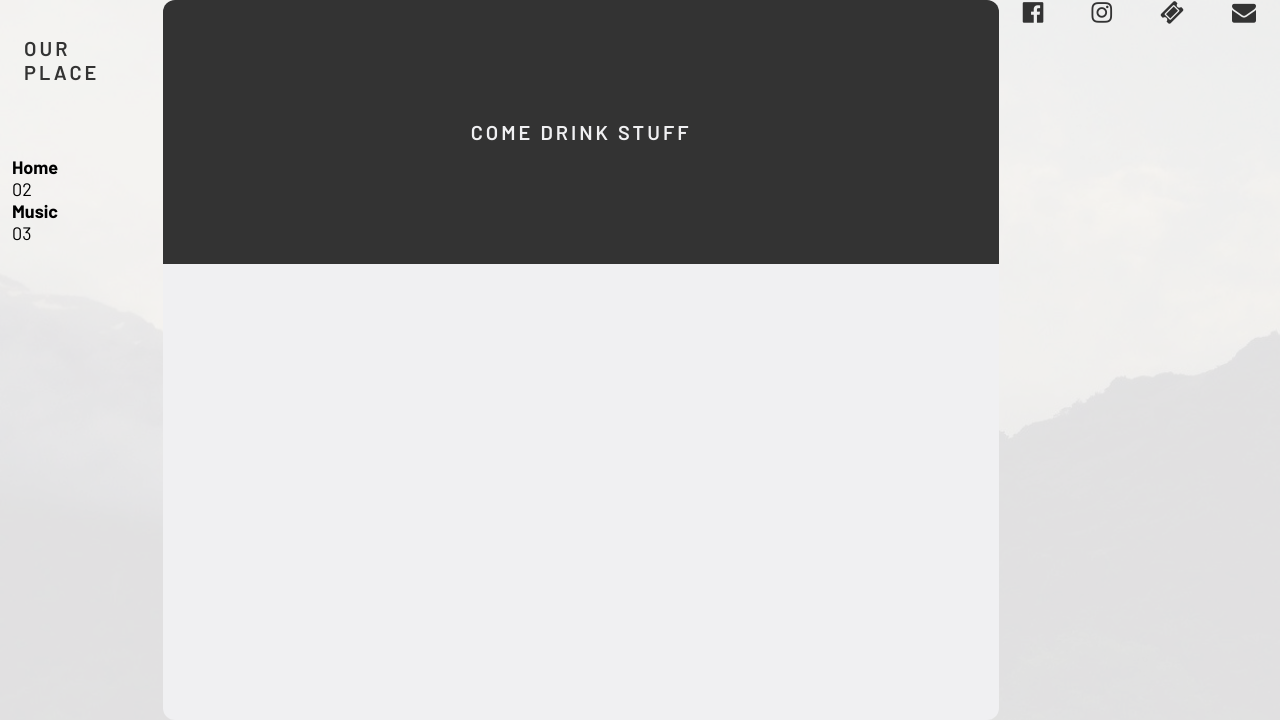
Repository: meghan-kradolfer/our-space-v1
Page: /
The author's editor kept a copy of each file at every save. The page is drawn from the files as they stood at one save, then again after the next save.
The browser window is 1280 px wide. The pictures show the whole page.
The project was rebuilt for these pictures with package versions that can differ from the ones it lists, and the page was loaded fresh each time. Also part of the build but not shown: src/containers/music/index.js.

Above is the page before, as saved 2017-11-17 19:55:04.

### public/index.html
<!doctype html>
<html lang="en">
<head>
    <meta charSet="utf-8" />
     <meta charset="utf-8">
    <meta name="viewport" content="width=device-width, initial-scale=1, shrink-to-fit=no">
    <meta name="theme-color" content="#000000">

    <title>Our Place</title>

    <link rel="apple-touch-icon" href="%PUBLIC_URL%/favicon.ico"/>
    <link rel="apple-touch-icon" sizes="76x76" href="%PUBLIC_URL%/favicon.ico"/>
    <link rel="apple-touch-icon" sizes="120x120" href="%PUBLIC_URL%/favicon.ico"/>
    <link rel="apple-touch-icon" sizes="152x152" href="%PUBLIC_URL%/favicon.ico"/>
    <link rel="apple-touch-icon" sizes="180x180" href="%PUBLIC_URL%/favicon.ico"/>
    <link rel="icon" sizes="192x192" href="%PUBLIC_URL%/favicon.ico"/>
    <link rel="shortcut icon" sizes="76x76" type="image/x-icon" href="%PUBLIC_URL%/favicon.ico"/>
    <link rel="mask-icon" href="%PUBLIC_URL%/favicon.ico" color="#000000"/>


    <meta name="description" content="Our Place"/>

    <meta property="og:site_name" content="Our Place"/>
    <meta property="og:title" content="Our Place"/>
    <meta property="og:description" content="Our Place"/>
    <meta property="og:type" content="website"/>
    <meta property="og:url" content="#"/>
    <meta property="og:image" content="#"/>
    <meta property="og:locale" content="en_NZ"/>

    <meta name="twitter:title" content="Our Place"/>
    <meta name="twitter:description" content="Our Place"/>
    <meta name="twitter:card" content="summary"/>
    <meta name="twitter:app:name:iphone" content="Our Place"/>
    <meta name="twitter:app:name:ipad" content="Our Place"/>
    <meta name="twitter:app:name:googleplay" content="Our Place"/>

    <link href="https://maxcdn.bootstrapcdn.com/font-awesome/4.7.0/css/font-awesome.min.css" rel="stylesheet" />

   <link href="https://fonts.googleapis.com/css?family=Crimson+Text:400,400i,600,600i,700" rel="stylesheet" />
   <link href="https://fonts.googleapis.com/css?family=Barlow:400,400i,600,600i,700" rel="stylesheet">

</head>
<body>
 <noscript>
      You need to enable JavaScript to run this app.
    </noscript>
<div id="root"></div>
</body>
</html>

### src/index.js
import React from "react";
import ReactDOM from "react-dom";
import { BrowserRouter as Router } from "react-router-dom"
import "./index.css";
import App from "./containers/app"
import registerServiceWorker from "./registerServiceWorker";

ReactDOM.render(<Router><App /></Router>, document.getElementById("root"));
registerServiceWorker();

### src/index.css
@keyframes bubble {
  100% {
    -webkit-transform: translate(-1px, 2px);
    -moz-transform: translate(-1px, 2px);
    -ms-transform: translate(-1px, 2px);
    -o-transform: translate(-1px, 2px);
    transform: translate(-1px, 2px); }
  75% {
    -webkit-transform: translate(3px, -2px);
    -moz-transform: translate(3px, -2px);
    -ms-transform: translate(3px, -2px);
    -o-transform: translate(3px, -2px);
    transform: translate(3px, -2px); }
  50% {
    -webkit-transform: translate(-1px, 1px);
    -moz-transform: translate(-1px, 1px);
    -ms-transform: translate(-1px, 1px);
    -o-transform: translate(-1px, 1px);
    transform: translate(-1px, 1px); }
  25% {
    -webkit-transform: translate(1px, 2px);
    -moz-transform: translate(1px, 2px);
    -ms-transform: translate(1px, 2px);
    -o-transform: translate(1px, 2px);
    transform: translate(1px, 2px); }
  0% {
    -webkit-transform: translate(-1px, -2px);
    -moz-transform: translate(-1px, -2px);
    -ms-transform: translate(-1px, -2px);
    -o-transform: translate(-1px, -2px);
    transform: translate(-1px, -2px); } }

@-webkit-keyframes bubble {
  100% {
    -webkit-transform: translate(-1px, 2px);
    -moz-transform: translate(-1px, 2px);
    -ms-transform: translate(-1px, 2px);
    -o-transform: translate(-1px, 2px);
    transform: translate(-1px, 2px); }
  75% {
    -webkit-transform: translate(3px, -2px);
    -moz-transform: translate(3px, -2px);
    -ms-transform: translate(3px, -2px);
    -o-transform: translate(3px, -2px);
    transform: translate(3px, -2px); }
  50% {
    -webkit-transform: translate(-1px, 1px);
    -moz-transform: translate(-1px, 1px);
    -ms-transform: translate(-1px, 1px);
    -o-transform: translate(-1px, 1px);
    transform: translate(-1px, 1px); }
  25% {
    -webkit-transform: translate(1px, 2px);
    -moz-transform: translate(1px, 2px);
    -ms-transform: translate(1px, 2px);
    -o-transform: translate(1px, 2px);
    transform: translate(1px, 2px); }
  0% {
    -webkit-transform: translate(-1px, -2px);
    -moz-transform: translate(-1px, -2px);
    -ms-transform: translate(-1px, -2px);
    -o-transform: translate(-1px, -2px);
    transform: translate(-1px, -2px); } }

@keyframes bubblebubble {
  50% {
    -webkit-transform: translate(0px, -130px);
    -moz-transform: translate(0px, -130px);
    -ms-transform: translate(0px, -130px);
    -o-transform: translate(0px, -130px);
    transform: translate(0px, -130px);
    opacity: 0; }
  40% {
    -webkit-transform: translate(3px, -90px);
    -moz-transform: translate(3px, -90px);
    -ms-transform: translate(3px, -90px);
    -o-transform: translate(3px, -90px);
    transform: translate(3px, -90px);
    opacity: 0.4; }
  30% {
    -webkit-transform: translate(-3px, -60px);
    -moz-transform: translate(-3px, -60px);
    -ms-transform: translate(-3px, -60px);
    -o-transform: translate(-3px, -60px);
    transform: translate(-3px, -60px);
    opacity: 0.6; }
  100% {
    opacity: 0;
    -webkit-transform: translate(0px, 0px);
    -moz-transform: translate(0px, 0px);
    -ms-transform: translate(0px, 0px);
    -o-transform: translate(0px, 0px);
    transform: translate(0px, 0px); }
  90% {
    -webkit-transform: translate(0px, -130px);
    -moz-transform: translate(0px, -130px);
    -ms-transform: translate(0px, -130px);
    -o-transform: translate(0px, -130px);
    transform: translate(0px, -130px);
    opacity: 0; }
  20% {
    -webkit-transform: translate(4px, -40px);
    -moz-transform: translate(4px, -40px);
    -ms-transform: translate(4px, -40px);
    -o-transform: translate(4px, -40px);
    transform: translate(4px, -40px);
    opacity: 0.7; }
  10% {
    -webkit-transform: translate(-4px, -20px);
    -moz-transform: translate(-4px, -20px);
    -ms-transform: translate(-4px, -20px);
    -o-transform: translate(-4px, -20px);
    transform: translate(-4px, -20px);
    opacity: 0.8; }
  0% {
    -webkit-transform: translate(0px, 0px);
    -moz-transform: translate(0px, 0px);
    -ms-transform: translate(0px, 0px);
    -o-transform: translate(0px, 0px);
    transform: translate(0px, 0px);
    opacity: 0.9; } }

@-webkit-keyframes bubblebubble {
  50% {
    -webkit-transform: translate(0px, -130px);
    -moz-transform: translate(0px, -130px);
    -ms-transform: translate(0px, -130px);
    -o-transform: translate(0px, -130px);
    transform: translate(0px, -130px);
    opacity: 0; }
  40% {
    -webkit-transform: translate(3px, -90px);
    -moz-transform: translate(3px, -90px);
    -ms-transform: translate(3px, -90px);
    -o-transform: translate(3px, -90px);
    transform: translate(3px, -90px);
    opacity: 0.4; }
  30% {
    -webkit-transform: translate(-3px, -60px);
    -moz-transform: translate(-3px, -60px);
    -ms-transform: translate(-3px, -60px);
    -o-transform: translate(-3px, -60px);
    transform: translate(-3px, -60px);
    opacity: 0.6; }
  100% {
    opacity: 0;
    -webkit-transform: translate(0px, 0px);
    -moz-transform: translate(0px, 0px);
    -ms-transform: translate(0px, 0px);
    -o-transform: translate(0px, 0px);
    transform: translate(0px, 0px); }
  90% {
    -webkit-transform: translate(0px, -130px);
    -moz-transform: translate(0px, -130px);
    -ms-transform: translate(0px, -130px);
    -o-transform: translate(0px, -130px);
    transform: translate(0px, -130px);
    opacity: 0; }
  20% {
    -webkit-transform: translate(4px, -40px);
    -moz-transform: translate(4px, -40px);
    -ms-transform: translate(4px, -40px);
    -o-transform: translate(4px, -40px);
    transform: translate(4px, -40px);
    opacity: 0.7; }
  10% {
    -webkit-transform: translate(-4px, -20px);
    -moz-transform: translate(-4px, -20px);
    -ms-transform: translate(-4px, -20px);
    -o-transform: translate(-4px, -20px);
    transform: translate(-4px, -20px);
    opacity: 0.8; }
  0% {
    -webkit-transform: translate(0px, 0px);
    -moz-transform: translate(0px, 0px);
    -ms-transform: translate(0px, 0px);
    -o-transform: translate(0px, 0px);
    transform: translate(0px, 0px);
    opacity: 0.9; } }

/* ==========================================================================
   Normalize.scss settings
   ========================================================================== */
/**
 * Includes legacy browser support IE6/7
 *
 * Set to false if you want to drop support for IE6 and IE7
 */
/* Base
   ========================================================================== */
/**
 * 1. Set default font family to sans-serif.
 * 2. Prevent iOS and IE text size adjust after device orientation change,
 *    without disabling user zoom.
 * 3. Corrects text resizing oddly in IE 6/7 when body `font-size` is set using
 *  `em` units.
 */
html {
  font-family: sans-serif;
  /* 1 */
  -ms-text-size-adjust: 100%;
  /* 2 */
  -webkit-text-size-adjust: 100%;
  /* 2 */ }

/**
 * Remove default margin.
 */
body {
  margin: 0; }

/* HTML5 display definitions
   ========================================================================== */
/**
 * Correct `block` display not defined for any HTML5 element in IE 8/9.
 * Correct `block` display not defined for `details` or `summary` in IE 10/11
 * and Firefox.
 * Correct `block` display not defined for `main` in IE 11.
 */
article,
aside,
details,
figcaption,
figure,
footer,
header,
hgroup,
main,
menu,
nav,
section,
summary {
  display: block; }

/**
 * 1. Correct `inline-block` display not defined in IE 6/7/8/9 and Firefox 3.
 * 2. Normalize vertical alignment of `progress` in Chrome, Firefox, and Opera.
 */
audio,
canvas,
progress,
video {
  display: inline-block;
  /* 1 */
  vertical-align: baseline;
  /* 2 */ }

/**
 * Prevents modern browsers from displaying `audio` without controls.
 * Remove excess height in iOS 5 devices.
 */
audio:not([controls]) {
  display: none;
  height: 0; }

/**
 * Address `[hidden]` styling not present in IE 8/9/10.
 * Hide the `template` element in IE 8/9/10/11, Safari, and Firefox < 22.
 */
[hidden],
template {
  display: none; }

/* Links
   ========================================================================== */
/**
 * Remove the gray background color from active links in IE 10.
 */
a {
  background-color: transparent; }

/**
 * Improve readability of focused elements when they are also in an
 * active/hover state.
 */
a:active, a:hover {
  outline: 0; }

/* Text-level semantics
   ========================================================================== */
/**
 * Address styling not present in IE 8/9/10/11, Safari, and Chrome.
 */
abbr[title] {
  border-bottom: 1px dotted; }

/**
 * Address style set to `bolder` in Firefox 4+, Safari, and Chrome.
 */
b,
strong {
  font-weight: bold; }

/**
 * Address styling not present in Safari and Chrome.
 */
dfn {
  font-style: italic; }

/**
 * Address variable `h1` font-size and margin within `section` and `article`
 * contexts in Firefox 4+, Safari, and Chrome.
 */
h1 {
  font-size: 2em;
  margin: 0.67em 0; }

/**
 * Addresses styling not present in IE 8/9.
 */
mark {
  background: #ff0;
  color: #000; }

/**
 * Address inconsistent and variable font size in all browsers.
 */
small {
  font-size: 80%; }

/**
 * Prevent `sub` and `sup` affecting `line-height` in all browsers.
 */
sub,
sup {
  font-size: 75%;
  line-height: 0;
  position: relative;
  vertical-align: baseline; }

sup {
  top: -0.5em; }

sub {
  bottom: -0.25em; }

/* Embedded content
   ========================================================================== */
/**
 * 1. Remove border when inside `a` element in IE 8/9/10.
 * 2. Improves image quality when scaled in IE 7.
 */
img {
  border: 0; }

/**
 * Correct overflow not hidden in IE 9/10/11.
 */
svg:not(:root) {
  overflow: hidden; }

/* Grouping content
   ========================================================================== */
/**
 * Address margin not present in IE 8/9 and Safari.
 */
figure {
  margin: 1em 40px; }

/**
 * Address differences between Firefox and other browsers.
 */
hr {
  box-sizing: content-box;
  height: 0; }

/**
 * Contain overflow in all browsers.
 */
pre {
  overflow: auto; }

/**
 * Address odd `em`-unit font size rendering in all browsers.
 * Correct font family set oddly in IE 6, Safari 4/5, and Chrome.
 */
code,
kbd,
pre,
samp {
  font-family: monospace, monospace;
  font-size: 1em; }

/* Forms
   ========================================================================== */
/**
 * Known limitation: by default, Chrome and Safari on OS X allow very limited
 * styling of `select`, unless a `border` property is set.
 */
/**
 * 1. Correct color not being inherited.
 *  Known issue: affects color of disabled elements.
 * 2. Correct font properties not being inherited.
 * 3. Address margins set differently in Firefox 4+, Safari, and Chrome.
 * 4. Improves appearance and consistency in all browsers.
 */
button,
input,
optgroup,
select,
textarea {
  color: inherit;
  /* 1 */
  font: inherit;
  /* 2 */
  margin: 0;
  /* 3 */ }

/**
 * Address `overflow` set to `hidden` in IE 8/9/10/11.
 */
button {
  overflow: visible; }

/**
 * Address inconsistent `text-transform` inheritance for `button` and `select`.
 * All other form control elements do not inherit `text-transform` values.
 * Correct `button` style inheritance in Firefox, IE 8/9/10/11, and Opera.
 * Correct `select` style inheritance in Firefox.
 */
button,
select {
  text-transform: none; }

/**
 * 1. Avoid the WebKit bug in Android 4.0.* where (2) destroys native `audio`
 *  and `video` controls.
 * 2. Correct inability to style clickable `input` types in iOS.
 * 3. Improve usability and consistency of cursor style between image-type
 *  `input` and others.
 * 4. Removes inner spacing in IE 7 without affecting normal text inputs.
 *  Known issue: inner spacing remains in IE 6.
 */
button,
html input[type="button"],
input[type="reset"],
input[type="submit"] {
  -webkit-appearance: button;
  /* 2 */
  cursor: pointer;
  /* 3 */ }

/**
 * Re-set default cursor for disabled elements.
 */
button[disabled],
html input[disabled] {
  cursor: default; }

/**
 * Remove inner padding and border in Firefox 4+.
 */
button::-moz-focus-inner,
input::-moz-focus-inner {
  border: 0;
  padding: 0; }

/**
 * Address Firefox 4+ setting `line-height` on `input` using `!important` in
 * the UA stylesheet.
 */
input {
  line-height: normal; }

/**
 * 1. Address box sizing set to `content-box` in IE 8/9/10.
 * 2. Remove excess padding in IE 8/9/10.
 *  Known issue: excess padding remains in IE 6.
 */
input[type="checkbox"],
input[type="radio"] {
  box-sizing: border-box;
  /* 1 */
  padding: 0;
  /* 2 */ }

/**
 * Fix the cursor style for Chrome's increment/decrement buttons. For certain
 * `font-size` values of the `input`, it causes the cursor style of the
 * decrement button to change from `default` to `text`.
 */
input[type="number"]::-webkit-inner-spin-button,
input[type="number"]::-webkit-outer-spin-button {
  height: auto; }

/**
 * 1. Address `appearance` set to `searchfield` in Safari and Chrome.
 * 2. Address `box-sizing` set to `border-box` in Safari and Chrome.
 */
input[type="search"] {
  -webkit-appearance: textfield;
  /* 1 */
  box-sizing: content-box;
  /* 2 */ }

/**
 * Remove inner padding and search cancel button in Safari and Chrome on OS X.
 * Safari (but not Chrome) clips the cancel button when the search input has
 * padding (and `textfield` appearance).
 */
input[type="search"]::-webkit-search-cancel-button,
input[type="search"]::-webkit-search-decoration {
  -webkit-appearance: none; }

/**
 * Define consistent border, margin, and padding.
 */
fieldset {
  border: 1px solid #c0c0c0;
  margin: 0 2px;
  padding: 0.35em 0.625em 0.75em; }

/**
 * 1. Correct `color` not being inherited in IE 8/9/10/11.
 * 2. Remove padding so people aren't caught out if they zero out fieldsets.
 * 3. Corrects text not wrapping in Firefox 3.
 * 4. Corrects alignment displayed oddly in IE 6/7.
 */
legend {
  border: 0;
  /* 1 */
  padding: 0;
  /* 2 */ }

/**
 * Remove default vertical scrollbar in IE 8/9/10/11.
 */
textarea {
  overflow: auto; }

/**
 * Don't inherit the `font-weight` (applied by a rule above).
 * NOTE: the default cannot safely be changed in Chrome and Safari on OS X.
 */
optgroup {
  font-weight: bold; }

/* Tables
   ========================================================================== */
/**
 * Remove most spacing between table cells.
 */
table {
  border-collapse: collapse;
  border-spacing: 0; }

td,
th {
  padding: 0; }

a {
  color: inherit; }

* {
  box-sizing: border-box; }

html,
body {
  height: 100%;
  font-size: 12px; }

html {
  background-image: url("/assets/img/bg.jpg");
  background-size: cover; }

body {
  background-color: rgba(244, 244, 244, 0.9); }

img {
  max-width: 100%; }

.container {
  padding: 0;
  margin: 0;
  list-style: none;
  height: 100vh;
  -ms-box-orient: horizontal;
  display: flex;
  justify-content: space-around;
  flex-flow: row wrap;
  align-items: stretch; }

header {
  flex: 1;
  height: 100vh;
  overflow: scroll; }

main {
  font-family: "Barlow", sans-serif;
  flex: 6;
  height: 100vh;
  background: #F0F0F2;
  overflow: scroll;
  border-radius: 1rem; }

h1 {
  font-weight: 600;
  color: rgba(47, 47, 47, 0.98);
  text-transform: uppercase;
  font-size: 20px;
  letter-spacing: 3px;
  padding: 1rem;
  margin: 0; }

h2 {
  background-color: rgba(47, 47, 47, 0.98);
  font-weight: 600;
  color: #F0F0F2;
  text-transform: uppercase;
  font-size: 20px;
  letter-spacing: 3px;
  padding: 1rem;
  margin: 0; }

a {
  position: relative;
  text-decoration: none;
  color: inherit; }

.row {
  max-width: 80rem;
  margin: 0 auto; }

.col-12, .col-10, .col-9, .col-6, .col-4, .col-3 {
  display: inline-block;
  vertical-align: middle; }

.col-12 {
  width: 100%; }

.col-10 {
  width: 83.3%; }

.col-9 {
  width: 75%; }

.col-6 {
  width: 50%; }

.col-4 {
  width: 33.3%; }

.col-3 {
  width: 25%; }

.top-banner {
  background-color: rgba(47, 47, 47, 0.98); }
  .top-banner h1 {
    color: #F0F0F2;
    padding: 10rem 0;
    text-align: center; }

header {
  font-family: "Barlow", sans-serif;
  padding: 1rem 0;
  font-size: 1.5rem;
  padding: 0 1rem; }
  header .flex-item {
    display: flex;
    flex-direction: column; }
  header .logo {
    font-size: 2rem;
    padding: 2rem 0 5rem 0; }
  header .nav-item {
    flex-direction: column;
    color: rgba(47, 47, 47, 0.98);
    padding: 1rem 0;
    border-top: 1px solid rgba(47, 47, 47, 0.98);
    padding-bottom: 4rem; }
    header .nav-item:hover {
      color: #66857B;
      border-color: #66857B; }
  header strong {
    display: block; }

footer .social {
  text-align: center;
  color: rgba(47, 47, 47, 0.98); }
  footer .social i {
    font-size: 2rem;
    padding: 0 2rem;
    cursor: pointer; }
    footer .social i:hover {
      color: #66857B; }

### src/containers/app/index.js
import React from "react";
import { Route, Link } from "react-router-dom"
import Home from "../home"
import Music from "../music"
import Nav from "../../components/nav"
import Footer from "../../components/footer"
import tracker from "../../utils/google-analytics";


const App = () => (
  <div className="container">
    <Nav>
      <Link to="/">
        <strong>Home</strong>
        02
      </Link>
      <Link to="/music">
        <strong>Music</strong>
        03
      </Link>
    </Nav>
    <main>
      <Route exact path="/" component={tracker(Home)} />
      <Route exact path="/music" component={tracker(Music)} />
    </main>
    <Footer />
  </div>
);

export default App

### src/containers/home/index.js
import React from 'react'

const Home = props => (
  <div className="home">
   <div className="top-banner">
      <h1>Come Drink Stuff</h1>
   </div>
  </div>
);

export default Home;

### src/components/nav.js
import React from 'react'

class Nav extends React.Component {
  render() {
    return (
      <header>
        <div className="flex-item logo">
          <h1>Our Place</h1>
        </div>
        <nav className="flex-item">
          {this.props.children}
        </nav>
      </header>
    )
  }
}

export default Nav

### src/components/footer.js
import React from 'react'
import ReactGA from 'react-ga';

class Footer extends React.Component {
  render() {
    return (
      <footer>
        <div className="social">
      <ReactGA.OutboundLink
        eventLabel="Clicked Facebook link"
        to="https://www.facebook.com/events/2013944188890159/?acontext=%7B%22ref%22%3A%2229%22%2C%22ref_notif_type%22%3A%22plan_user_invited%22%2C%22action_history%22%3A%22null%22%7D&notif_id=1506919579574345&notif_t=plan_user_invited"
        target="_blank">
        <i className="fa fa-facebook-official" aria-hidden="true"></i>
      </ReactGA.OutboundLink>
       <ReactGA.OutboundLink
        eventLabel="Clicked Instagram link"
        to="https://www.instagram.com/comedrinkstuff/"
        target="_blank">
        <i className="fa fa-instagram" aria-hidden="true"></i>
      </ReactGA.OutboundLink>
      <ReactGA.OutboundLink
        eventLabel="Clicked Eventbrite link"
        to="https://www.eventbrite.com/e/come-drink-stuff-01-vulcan-brewers-tickets-38309428532"
        target="_blank">
        <i className="fa fa-ticket" aria-hidden="true"></i>
      </ReactGA.OutboundLink>
      <ReactGA.OutboundLink
        eventLabel="Clicked Email link"
        to="mailto:info@comedrinkstuff.com">
        <i className="fa fa-envelope" aria-hidden="true"></i>
      </ReactGA.OutboundLink>


    </div>
      </footer>
    )
  }
}

export default Footer

### src/utils/google-analytics.js
import React from 'react';
import ReactGA from 'react-ga';

ReactGA.initialize('UA-107493752-1');

const tracker = (WrappedComponent) => {
  const trackPage = (page) => {
    ReactGA.pageview(page);
  };

  const HOC = (props) => {
    const page = props.location.pathname;
    trackPage(page);

    return (
      <WrappedComponent {...props} />
    );
  };

  return HOC;
};

export default tracker;

Loaded but not shown: src/registerServiceWorker.js (common file)

After the next save:
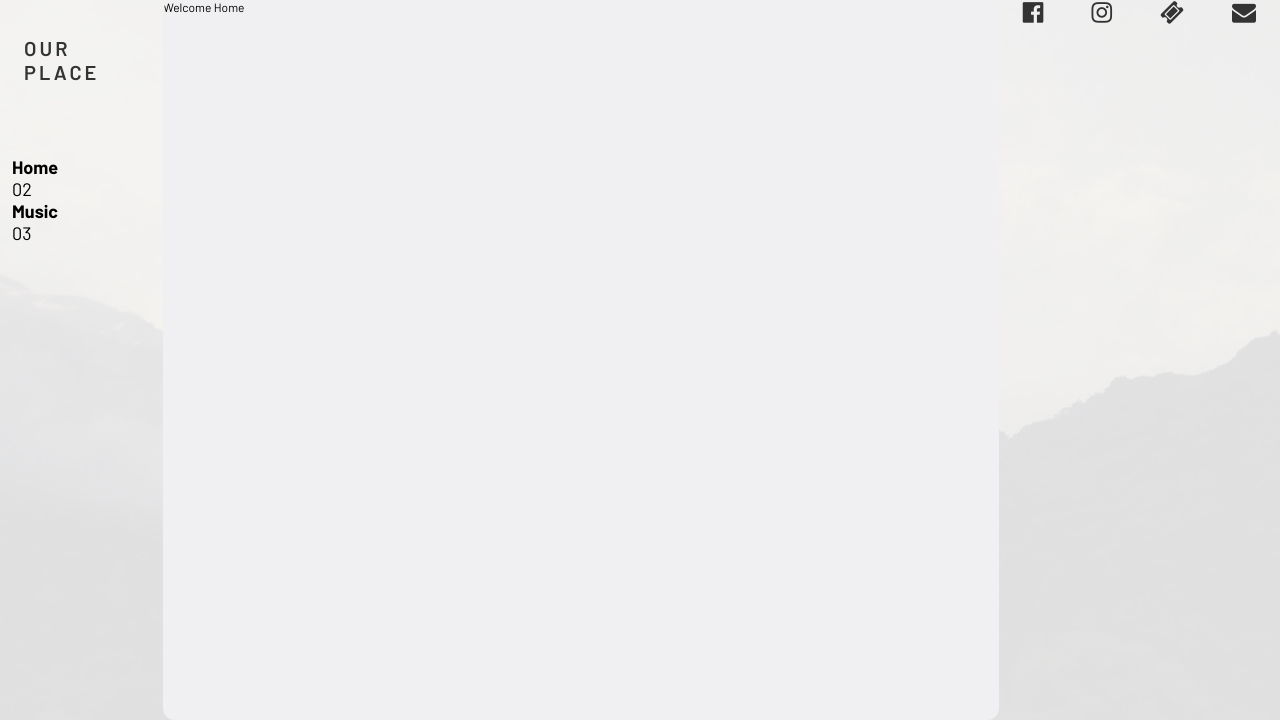
Saved 19 s later.
--- a/src/containers/home/index.js
+++ b/src/containers/home/index.js
@@ -2,9 +2,7 @@ import React from 'react'
 
 const Home = props => (
   <div className="home">
-   <div className="top-banner">
-      <h1>Come Drink Stuff</h1>
-   </div>
+   Welcome Home
   </div>
 );
 
